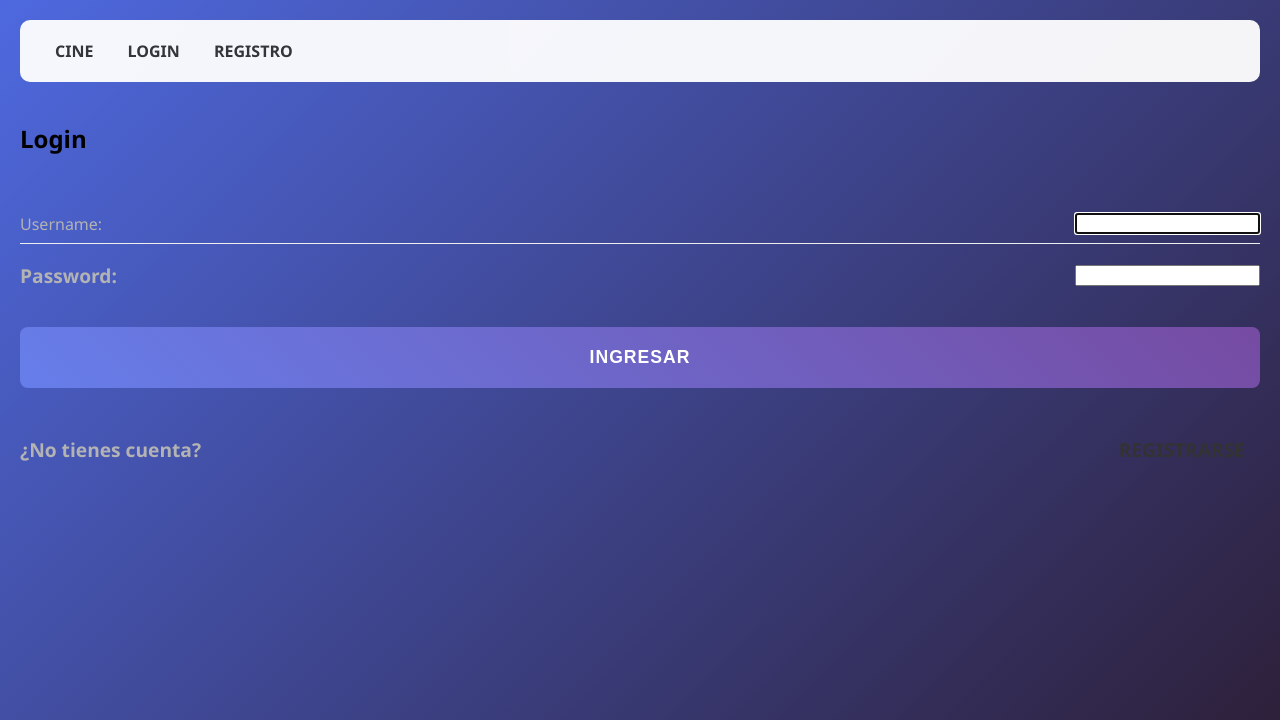
Repository: RoyScc/Practico-Django
Page: http://localhost/login/
The author's editor kept a copy of each file at every save. The page is drawn from the files as they stood at one save, then again after the next save.
The browser window is 1280 px wide. The pictures show the whole page.
The page is served by the project's application, run on Django 5.2 (manage.py).

Above is the page before, as saved 2026-05-27 08:55:07.

After the next save:
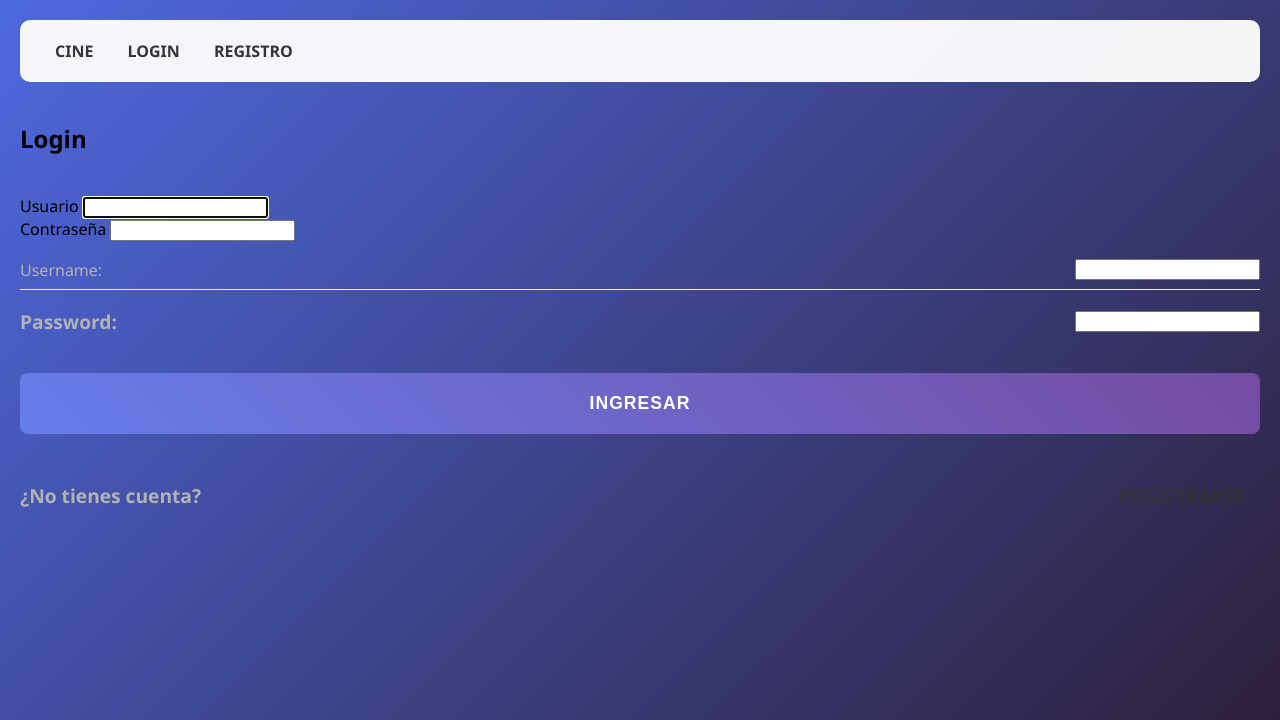
Saved 47 s later.
--- a/tickets/templates/tickets/login.html
+++ b/tickets/templates/tickets/login.html
@@ -5,6 +5,14 @@
 <h2>Login</h2>
 
 <form method="POST">
+    <div class="form-group">
+        <label>Usuario</label>
+        {{ form.username }}
+    </div>
+    <div class="form-group">
+        <label>Contraseña</label>
+        {{ form.password }}
+    </div>
     {% csrf_token %}
     {{ form.as_p }}
 
